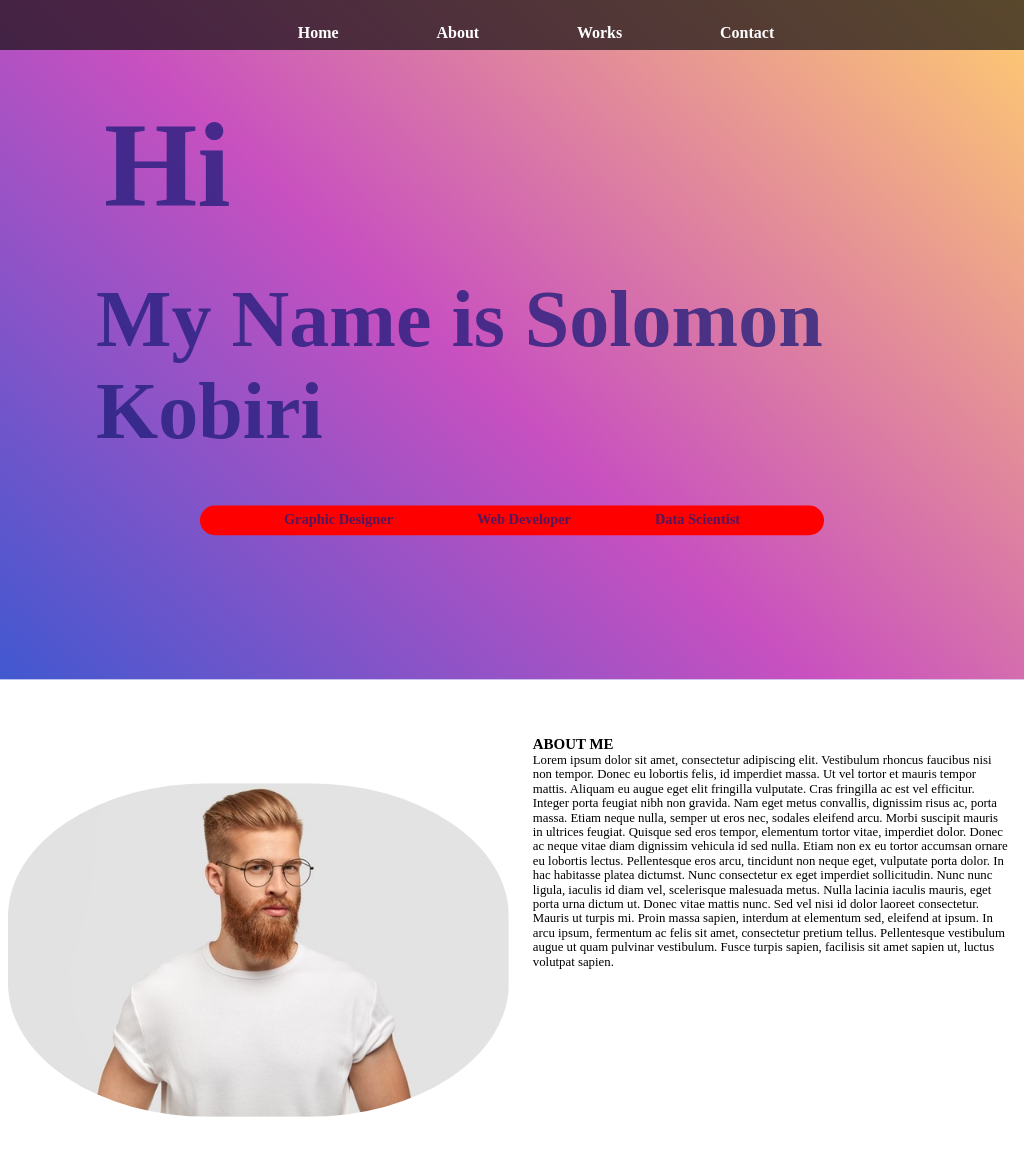
Repository: Kwabena-Kobiri/yellocoders
Page: index.html
These files come from the project's save history. The page is drawn as it stood at one moment and after the next save; the edit follows.
The browser window is 1280 px wide. The pictures show the whole page, at 80% of full size.

Above is the page before, as saved 2021-05-13 11:29:37.

### index.html
<!DOCTYPE html>
<html lang="en">
<head>
    <meta charset="UTF-8">
    <meta http-equiv="X-UA-Compatible" content="IE=edge">
    <meta name="viewport" content="width=device-width, initial-scale=1.0">
    <link rel="stylesheet" href="index.css" />
    <title>Y'ello</title>
</head>
<body>
    <!-- HEADER COMPONENT STARTS HERE -->
    <header id="header">
        <nav id="nav">
            <ul>
                <li>Home</li>
                <li>About</li>
                <li>Works</li>
                <li>Contact</li>
            </ul>
        </nav>
    </header>
    <!-- HEADER COMPONENT ENDS HERE -->


    <!-- LANDING PAGE STARTS HERE  -->
    <section id="LandingPage">
        <div class="Details">
            <h1>Hi</h1>
            <h3>My Name is Solomon Kobiri</h3>
        </div>
        <div class="Skills">
            <h5>Graphic Designer</h5>
            <h5>Web Developer</h5>
            <h5>Data Scientist</h5>
        </div>
    </section>
    <!-- LANDING PAGE ENDS HERE -->

    <!--ABOUT PAGE STARTS HERE-->
    <section id="About">
        <div class="ImageDiv">
            <img src="Images/profile.jpg" alt="Profile Picture"/>
        </div>
        <div class="Description">
            <h3>ABOUT ME</h3>
            <p>
                Lorem ipsum dolor sit amet, consectetur adipiscing elit. Vestibulum rhoncus faucibus nisi non tempor. Donec eu lobortis felis, id imperdiet massa. Ut vel tortor et mauris tempor mattis. Aliquam eu augue eget elit fringilla vulputate. Cras fringilla ac est vel efficitur. Integer porta feugiat nibh non gravida. Nam eget metus convallis, dignissim risus ac, porta massa. Etiam neque nulla, semper ut eros nec, sodales eleifend arcu.

                Morbi suscipit mauris in ultrices feugiat. Quisque sed eros tempor, elementum tortor vitae, imperdiet dolor. Donec ac neque vitae diam dignissim vehicula id sed nulla. Etiam non ex eu tortor accumsan ornare eu lobortis lectus. Pellentesque eros arcu, tincidunt non neque eget, vulputate porta dolor. In hac habitasse platea dictumst. Nunc consectetur ex eget imperdiet sollicitudin. Nunc nunc ligula, iaculis id diam vel, scelerisque malesuada metus.

                Nulla lacinia iaculis mauris, eget porta urna dictum ut. Donec vitae mattis nunc. Sed vel nisi id dolor laoreet consectetur. Mauris ut turpis mi. Proin massa sapien, interdum at elementum sed, eleifend at ipsum. In arcu ipsum, fermentum ac felis sit amet, consectetur pretium tellus. Pellentesque vestibulum augue ut quam pulvinar vestibulum. Fusce turpis sapien, facilisis sit amet sapien ut, luctus volutpat sapien.
            </p>
        </div>
    </section>
    <!--ABOUT PAGE ENDS HERE-->


















    <!-- MY WORKS PAGE STARTS HERE -->
    <!-- <section id="Works">
        <h3>CHECK OUT MY WORKS</h3>
        <div class="work_box">
            <img src="Images/work1.jpg" alt="First Project"/>
            <p>
                Lorem ipsum dolor sit amet, consectetur adipiscing elit. Vestibulum rhoncus faucibus nisi non tempor. Donec eu lobortis felis, id imperdiet massa. Ut vel tortor et mauris tempor mattis. Aliquam eu augue eget elit fringilla vulputate. Cras fringilla ac est vel efficitur. Integer porta feugiat nibh non gravida. Nam eget metus convallis, dignissim risus ac, porta massa. Etiam neque nulla, semper ut eros nec, sodales eleifend arcu.

                Morbi suscipit mauris in ultrices feugiat. Quisque sed eros tempor, elementum tortor vitae, imperdiet dolor. Donec ac neque vitae diam dignissim vehicula id sed nulla. Etiam non ex eu tortor accumsan ornare eu lobortis lectus. Pellentesque eros arcu, tincidunt non neque eget, vulputate porta dolor. In hac habitasse platea dictumst. Nunc consectetur ex eget imperdiet sollicitudin. Nunc nunc ligula, iaculis id diam vel, scelerisque malesuada metus.
            </p>
        </div>
        <div class="work_box">
            <p>
                Lorem ipsum dolor sit amet, consectetur adipiscing elit. Vestibulum rhoncus faucibus nisi non tempor. Donec eu lobortis felis, id imperdiet massa. Ut vel tortor et mauris tempor mattis. Aliquam eu augue eget elit fringilla vulputate. Cras fringilla ac est vel efficitur. Integer porta feugiat nibh non gravida. Nam eget metus convallis, dignissim risus ac, porta massa. Etiam neque nulla, semper ut eros nec, sodales eleifend arcu.

                Morbi suscipit mauris in ultrices feugiat. Quisque sed eros tempor, elementum tortor vitae, imperdiet dolor. Donec ac neque vitae diam dignissim vehicula id sed nulla. Etiam non ex eu tortor accumsan ornare eu lobortis lectus. Pellentesque eros arcu, tincidunt non neque eget, vulputate porta dolor. In hac habitasse platea dictumst. Nunc consectetur ex eget imperdiet sollicitudin. Nunc nunc ligula, iaculis id diam vel, scelerisque malesuada metus.
            </p>
            <img src="Images/work2.jfif" alt="First Project"/>
        </div>
        <div class="work_box">
            <img src="Images/work3.webp" alt="First Project"/>
            <p>
                Lorem ipsum dolor sit amet, consectetur adipiscing elit. Vestibulum rhoncus faucibus nisi non tempor. Donec eu lobortis felis, id imperdiet massa. Ut vel tortor et mauris tempor mattis. Aliquam eu augue eget elit fringilla vulputate. Cras fringilla ac est vel efficitur. Integer porta feugiat nibh non gravida. Nam eget metus convallis, dignissim risus ac, porta massa. Etiam neque nulla, semper ut eros nec, sodales eleifend arcu.

                Morbi suscipit mauris in ultrices feugiat. Quisque sed eros tempor, elementum tortor vitae, imperdiet dolor. Donec ac neque vitae diam dignissim vehicula id sed nulla. Etiam non ex eu tortor accumsan ornare eu lobortis lectus. Pellentesque eros arcu, tincidunt non neque eget, vulputate porta dolor. In hac habitasse platea dictumst. Nunc consectetur ex eget imperdiet sollicitudin. Nunc nunc ligula, iaculis id diam vel, scelerisque malesuada metus.
            </p>
        </div>
        <div class="work_box">
            <p>
                Lorem ipsum dolor sit amet, consectetur adipiscing elit. Vestibulum rhoncus faucibus nisi non tempor. Donec eu lobortis felis, id imperdiet massa. Ut vel tortor et mauris tempor mattis. Aliquam eu augue eget elit fringilla vulputate. Cras fringilla ac est vel efficitur. Integer porta feugiat nibh non gravida. Nam eget metus convallis, dignissim risus ac, porta massa. Etiam neque nulla, semper ut eros nec, sodales eleifend arcu.

                Morbi suscipit mauris in ultrices feugiat. Quisque sed eros tempor, elementum tortor vitae, imperdiet dolor. Donec ac neque vitae diam dignissim vehicula id sed nulla. Etiam non ex eu tortor accumsan ornare eu lobortis lectus. Pellentesque eros arcu, tincidunt non neque eget, vulputate porta dolor. In hac habitasse platea dictumst. Nunc consectetur ex eget imperdiet sollicitudin.
            </p>
            <img src="Images/work4.png" alt="First Project"/>
        </div>
    </section> -->

    <!-- MY WORKS PAGE ENDS HERE -->

    <!-- CONTACT PAGE STARTS HERE -->
    <!-- <section id="Contact">
        <form id="Form">
            <h3>Contact Me</h3>
            <input type="text" placeholder="Name">
            <input type="email" placeholder="Email">
            <textarea rows="4" cols="50" placeholder="Message"></textarea>
            <input type="submit" text="Submit" class="submit">
        </form>
    </section> -->

    <!-- CONTACT PAGE ENDS HERE -->

    <!-- FOOTER STARTS HERE -->
    <!-- <footer id="footer">
        <h3>Connect With Me</h3>
        <div class="Icons">
            <a href="#"><img src="Images/Instagram.jpg" alt="Instagram"></a>
            <a href="#"><img src="Images/Facebook.png" alt="Facebook"></a>
            <a href="#"><img src="Images/WhatsApp.svg.png" alt="Whatsapp"></a>
            <a href="https://www.linkedin.com/in/solomon-kobiri"><img src="Images/LinkedIn.png" alt="LinkedIn"></a>
            <a href="#"><img src="Images/GitHub.svg" alt="GitHub"></a>
        </div>
        <h4>Made with ❤ by Solomon Kobiri</h4>
        <h5>Copyright &copy; 2021</h5>
    </footer> -->

    <!-- FOOTER ENDS HERE -->
</body>
</html>

### index.css
* {
    /* background-color: red; */
    margin: 0px;
}

body {
    display: flex;           /*Used flexbox on the whole page */
    flex-direction: column;
}

/* HEADER STYLING STARTS HERE */
#header {
    background-color: rgba(19, 17, 17, 0.7);
    justify-content: center;
    padding: 10px;
    width: 100%;
    position: fixed;
    z-index: 999;
    color: white;
}

#nav {
    margin: 20px 200px 0px 200px;
    /* background-color: blue; */
}

#nav > ul {
    display: flex;
    flex-direction: row;
    justify-content: space-evenly;
    list-style: none;
}

#nav > ul > li {
    text-decoration: none;
    font-size: 20px;
    font-weight: 550;
}

/* HEADER STYLING ENDS HERE */


/* LANDING PAGE STYLING STARTS HERE */
#LandingPage {
    /* position: absolute; */
    width: 100%;
    z-index: 0;
    color: rgba(32, 30, 122, 0.767);
    background-color: #4158D0;
    background-image: linear-gradient(43deg, #4158D0 0%, #C850C0 46%, #FFCC70 100%);
    /* background-color: red; */
}

.Details {
    margin-top: 100px;
    margin-left: 100px;
    /* background-color: aqua;  */
}

.Details > h1 {
    margin: 50px 0px 20px 10px;
    font-size: 150px;
    padding: 20px;
}

.Details > h3 {
    margin-left: 10px;
    font-size: 100px;
    padding: 10px;
    justify-content: center;
}

.Skills {
    background-color: red;
    margin: 50px 250px 180px 250px;
    display: flex;
    flex-direction: row;
    justify-content: space-evenly;
    height: 30px;
    padding-top: 7px;
    border-radius: 20px;
}

.Skills > h5 {
    font-size: large;
    font-weight: bolder;
}

/* LANDING PAGE STYLING ENDS HERE */


/*STYLING FOR ABOUT ME PAGE STARTS HERE*/

#About {
    display: flex;
    flex-direction: row;
    height: 500px;
    margin: 50px 0px 50px 0px;
    background: rgb(255, 255, 255);
}

.ImageDiv {
    flex: 2;
    position: relative;
    padding: 80px 10px 0px 10px;
}

.ImageDiv > img {
    border-radius: 40%;
}

.Description {
    padding: 20px;
    flex: 3;
    display: flex;
    flex-direction: column;
}

/* .Description > h3 {
    text-align: center;
    margin-top: 10px;
    font-size: 50px;
    color: rgba(32, 30, 122, 0.767);
    border-bottom: 2px solid black;
} */

/* .Description > p {
    color: rgba(32, 30, 122, 0.9);
    font-size: 22px;
    margin-top: 10px;
    padding: 5px;
} */
/*STYLING FOR ABOUT ME PAGE ENDS HERE*/



















/* STYLING FOR MY WORKS PAGE STARTS HERE */
/* #Works {
    margin: 100px 0px 0px 0px;
    width: cover;
    padding: 40px;
    background-color: #80D0C7;
} */

/* #Works > h3 {
    text-align: center;
    font-size: xx-large;
    color: rgba(32, 30, 122, 0.9);
} */

/* .work_box {
    width: 70%;
    height: 200px;
    display: flex;
    flex: 1;
    padding: 10px;
    margin-left: 180px;
} */

/* .work_box > img {
    flex: 2;
    padding: 10px;
    margin: 0px 10px 0px 10px;
    background-color: rgb(228, 227, 227);
    box-shadow: 12px 12px 2px 1px rgba(0, 0, 255, .2);
} */

/* .work_box > p {
    flex: 4;
    padding: 10px;
    background-color:aliceblue;
} */

/* STYLING FOR MY WORKS PAGE ENDS HERE */


/* STYLING FOR CONTACTS PAGE STARTS HERE */
/* #Contact {
    height: 500px;
    width: cover;
    background-image: url('Images/background.jpg');
    background-size: cover;
    background-attachment: fixed;
} */

/* form {
    background-color: rgba(151, 54, 54, 0.7);
    height: 70%;
    width: 50%;
    align-self: center;
    margin: auto;
    margin-top: 5%;
    position: relative;
    display: flex;
    flex-direction: column;
    padding: 20px;
} */

/* form > h3 {
    text-align: center;
    margin: 10px;
    padding: 5px;
    font-size: xx-large;
    color: white;
} */

/* form > input {
    width: 70%;
    height: 30px;
    margin: 10px;
    padding: 5px;
    position: relative;
    margin-left: 100px;
} */

/* textarea {
    width: 70%;
    margin: 10px;
    margin-left: 100px;
} */

/* .submit {
    width: 100px;
    margin-top: 30px;
    background-color: rgb(177, 49, 134);
    color: white;
    font-weight: bold;
} */

/* STYLING FOR CONTACTS PAGE ENDS HERE */


/* STYLING FOR FOOTER STARTS HERE */
/* #footer {
    background-color: white;
    height: 300px;
    width: cover;
} */

/* .Icons {
    display: flex;
    flex-direction: row;
    align-self: center;
    width: 40%;
    margin: 30px 0px 70px 500px;
} */

/* .Icons > a {
    width: 25%;
    height: 25%;
} */

/* .Icons > a > img {
    width: 40%;
    height: 40%;
    padding: 5px;
    margin: 0px;
} */

/* footer > h3 {
    text-align: center;
    font-size: xx-large;
    color: rgba(32, 30, 122, 0.9);
    margin: 20px;
} */

/* footer > h4,h5 {
    color: rgba(32, 30, 122, 0.9);
    text-align: center;
} */

/* STYLING FOR FOOTER ENDS HERE */

After the next save:
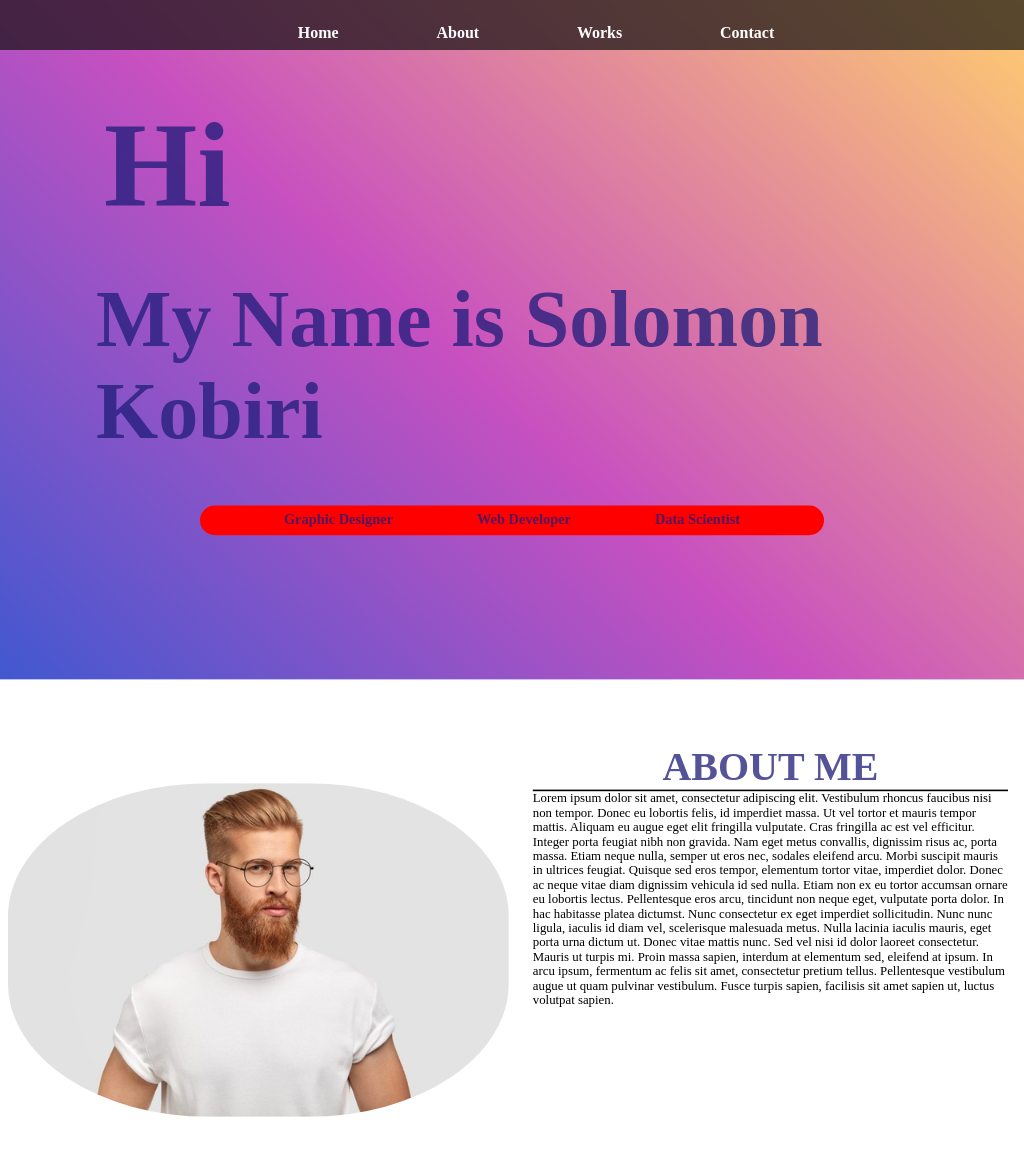
Saved 58 s later.
--- a/index.css
+++ b/index.css
@@ -116,13 +116,13 @@ body {
     flex-direction: column;
 }
 
-/* .Description > h3 {
+.Description > h3 {
     text-align: center;
     margin-top: 10px;
     font-size: 50px;
     color: rgba(32, 30, 122, 0.767);
     border-bottom: 2px solid black;
-} */
+}
 
 /* .Description > p {
     color: rgba(32, 30, 122, 0.9);
